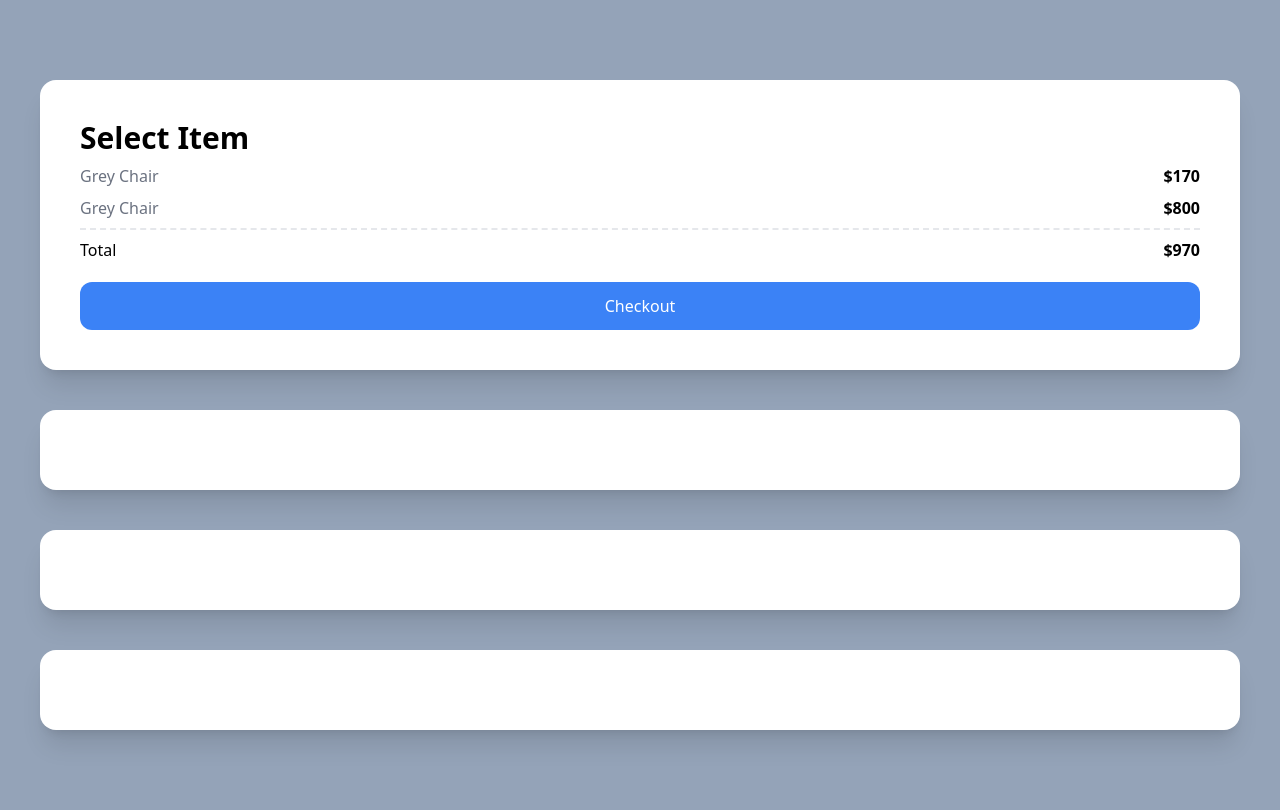
Repository: pjk0007/nextjs-carrot-marcket
Page: /
An editor plug-in stored every save of this project. The page is shown before and after the next save, followed by the edit.
The browser window is 1280 px wide. The pictures show the whole page.
The project was rebuilt for these pictures with package versions that can differ from the ones it lists, and the page was loaded fresh each time. The framework's server and built-in components were replaced by stand-ins that run in the browser. Also part of the build but not shown: next.config.js.

Above is the page before, as saved 2022-04-30 13:02:38.

### pages/index.tsx
import type { NextPage } from 'next'
const Home: NextPage = () => {
  return (
    <div className='bg-slate-400 py-20 px-10 grid gap-10'>
      <div className='bg-white p-10 rounded-2xl shadow-xl'>
        <span className='font-semibold text-3xl'>Select Item</span>
        <div className='flex justify-between my-2'>
          <span className='text-gray-500'>Grey Chair</span>
          <span className='font-semibold'>$170</span>
        </div>
        <div className='flex justify-between'>
          <span className='text-gray-500'>Grey Chair</span>
          <span className='font-semibold'>$800</span>
        </div>
        <div className='flex justify-between mt-2 pt-2 border-t-2 border-dashed'>
          <span>Total</span>
          <span className='font-semibold'>$970</span>
        </div>
        <div className='mt-5 bg-blue-500 text-white p-3 text-center rounded-xl'>Checkout</div>
      </div>
      <div className='bg-white p-10 rounded-2xl shadow-xl'></div>
      <div className='bg-white p-10 rounded-2xl shadow-xl'></div>
      <div className='bg-white p-10 rounded-2xl shadow-xl'></div>
    </div>
  );
}

export default Home

### tailwind.config.js
module.exports = {
  content: [
    "./pages/**/*.{js,jsx,ts,tsx}",
    "./components/**/*.{js,jsx,ts,tsx}"
  ],
  theme: {
    extend: {},
  },
  plugins: [],
}

Loaded but not shown: pages/_app.tsx (common file); styles/globals.css (common file)

After the next save:
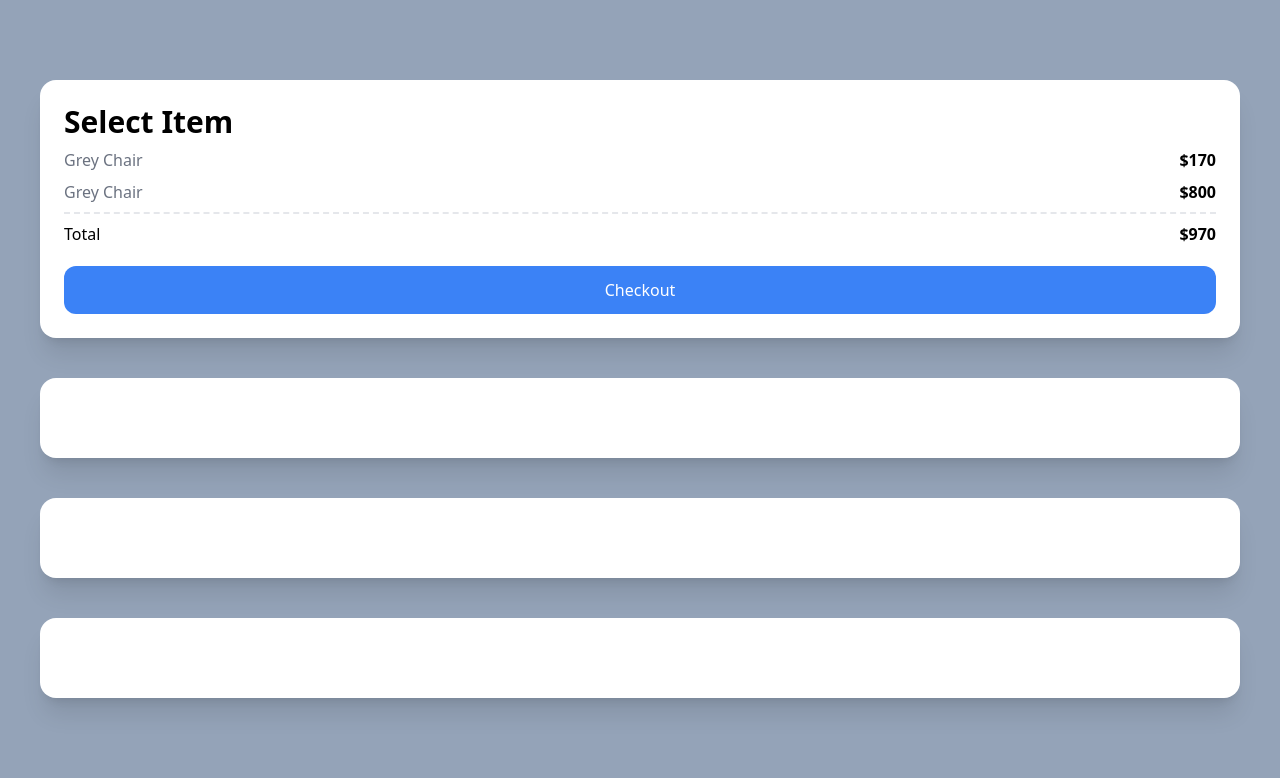
Saved 22 s later.
--- a/pages/index.tsx
+++ b/pages/index.tsx
@@ -2,7 +2,7 @@ import type { NextPage } from 'next'
 const Home: NextPage = () => {
   return (
     <div className='bg-slate-400 py-20 px-10 grid gap-10'>
-      <div className='bg-white p-10 rounded-2xl shadow-xl'>
+      <div className='bg-white p-6 rounded-2xl shadow-xl'>
         <span className='font-semibold text-3xl'>Select Item</span>
         <div className='flex justify-between my-2'>
           <span className='text-gray-500'>Grey Chair</span>
